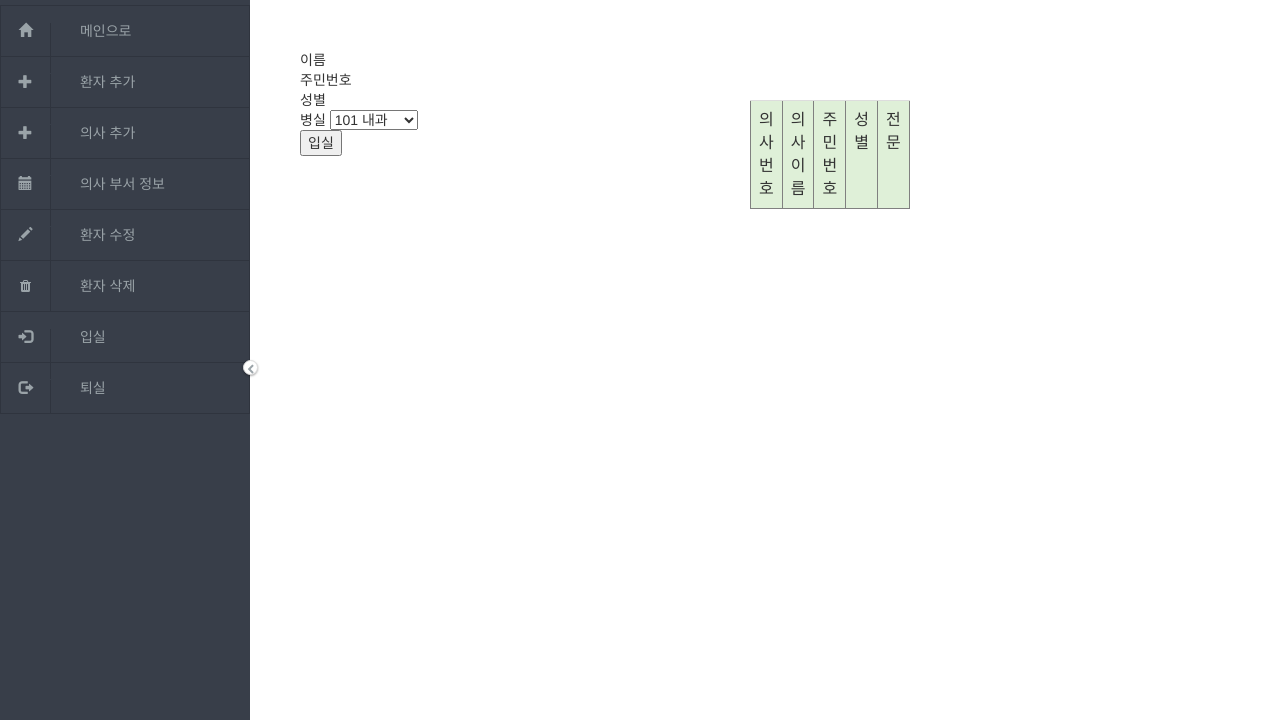
Repository: qaws1134/Hospital_manager
Page: http://localhost/project/in.jsp
These files come from the project's save history. The page is drawn as it stood at one moment and after the next save; the edit follows.
The browser window is 1280 px wide. The pictures show the whole page.
Some web libraries are served in a nearby version. The page is served by Tomcat 9. The template is opened directly, without the code that normally fills it, so the values that code supplies are empty.

Above is the page before, as saved 2017-12-09 17:26:56.
Console error (its wording comes from the project's code and is left out).

After the next save:
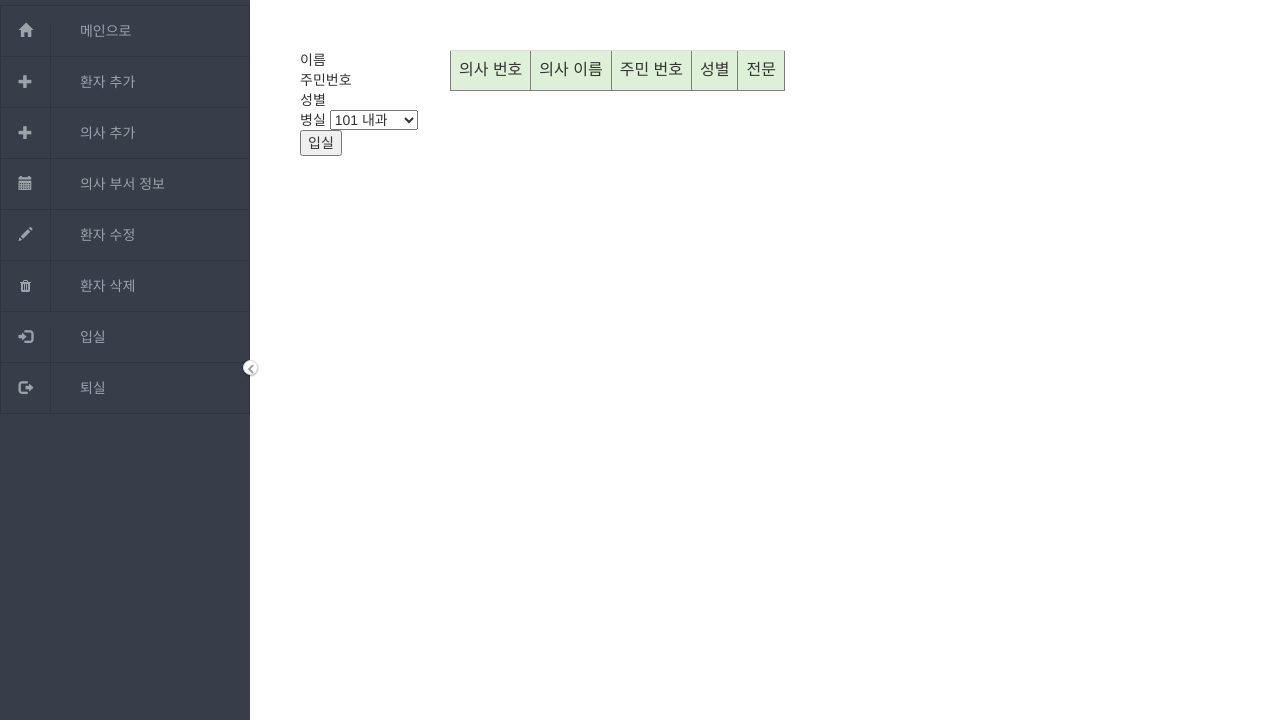
Saved 31 s later.
--- a/project/WebContent/in.jsp
+++ b/project/WebContent/in.jsp
@@ -230,7 +230,7 @@ nav ul li a span {
 		</select><br/>
 		<input type="submit" value="입실">
 	</form>
-
+	</section>
 	<section style="position:absolute; top:50px;left:450px">
      <table border="1"  class="table table-striped">
       	<tr class="success">
@@ -252,7 +252,7 @@ nav ul li a span {
 		</c:forEach>
       </table>
 </section>
-</section>
+
 
 </body>
 </html>
